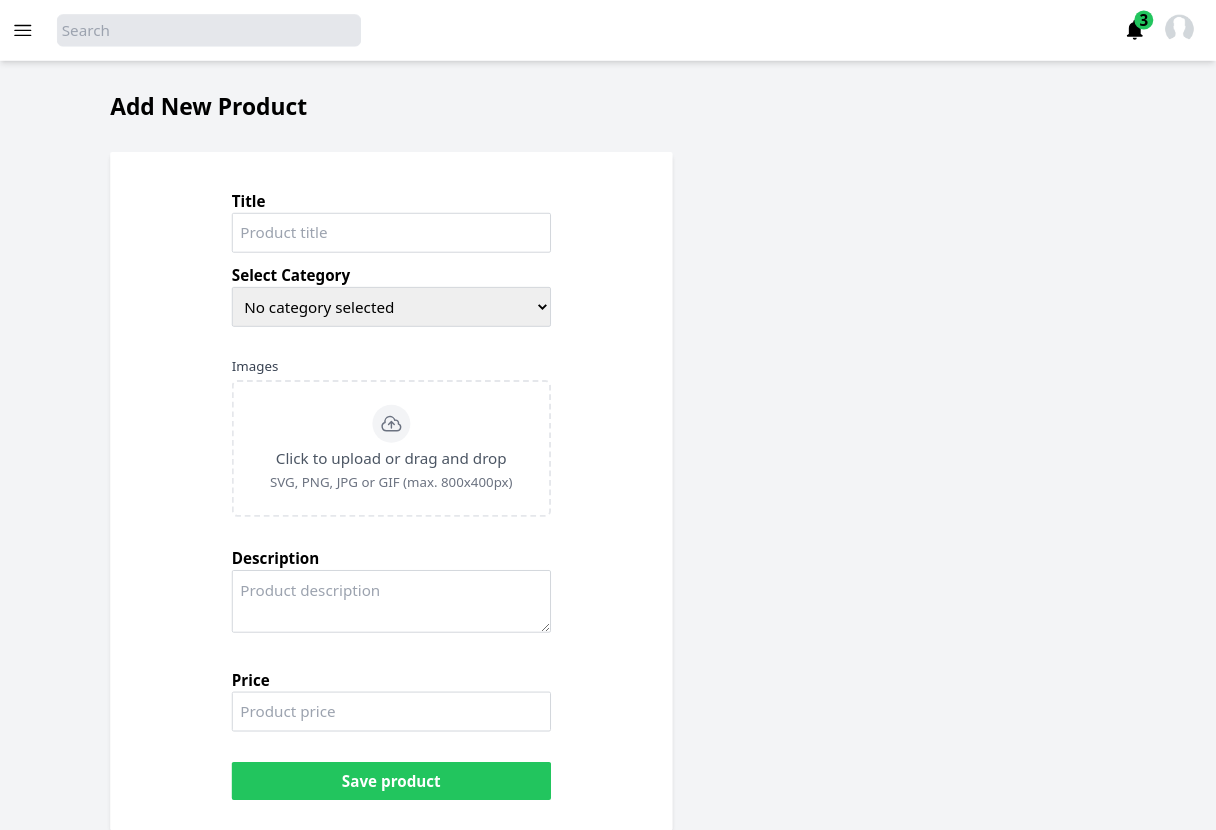
Repository: IssaMuiz/ifarmstock-admin
Page: /new-product
These files come from the project's save history. The page is drawn as it stood at one moment and after the next save; the edit follows.
The browser window is 1280 px wide. The pictures show the whole page, at 95% of full size.
The page's requests for data from a server got no answer. The project was rebuilt for these pictures with package versions that can differ from the ones it lists, and the page was loaded fresh each time. The framework's server and built-in components were replaced by stand-ins that run in the browser. No one was signed in, and anything a server would have sent is missing. Also part of the build but not shown: next.config.mjs.

Above is the page before, as saved 2024-10-13 00:22:43.

After the next save:
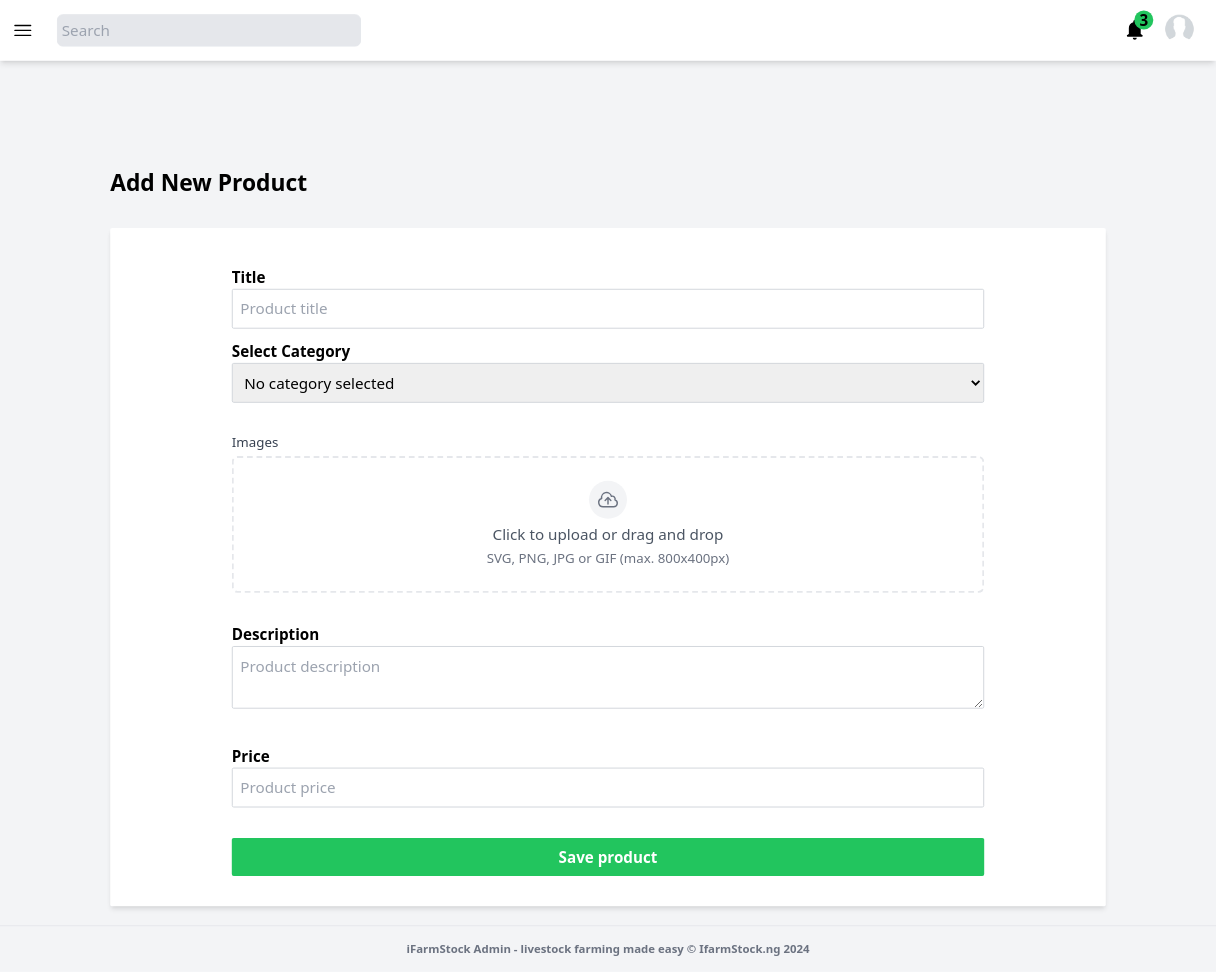
Saved 72 s later.
--- a/components/clientSessionProvider.tsx
+++ b/components/clientSessionProvider.tsx
@@ -27,7 +27,7 @@ export default function ClientSessionProvider({
   };
   return (
     <SessionProvider>
-      <main className="flex ">
+      <main className="flex flex-col">
         <Sidenav showSidebar={showSidebar} setShowSidebar={setShowSidebar} />
 
         <div
